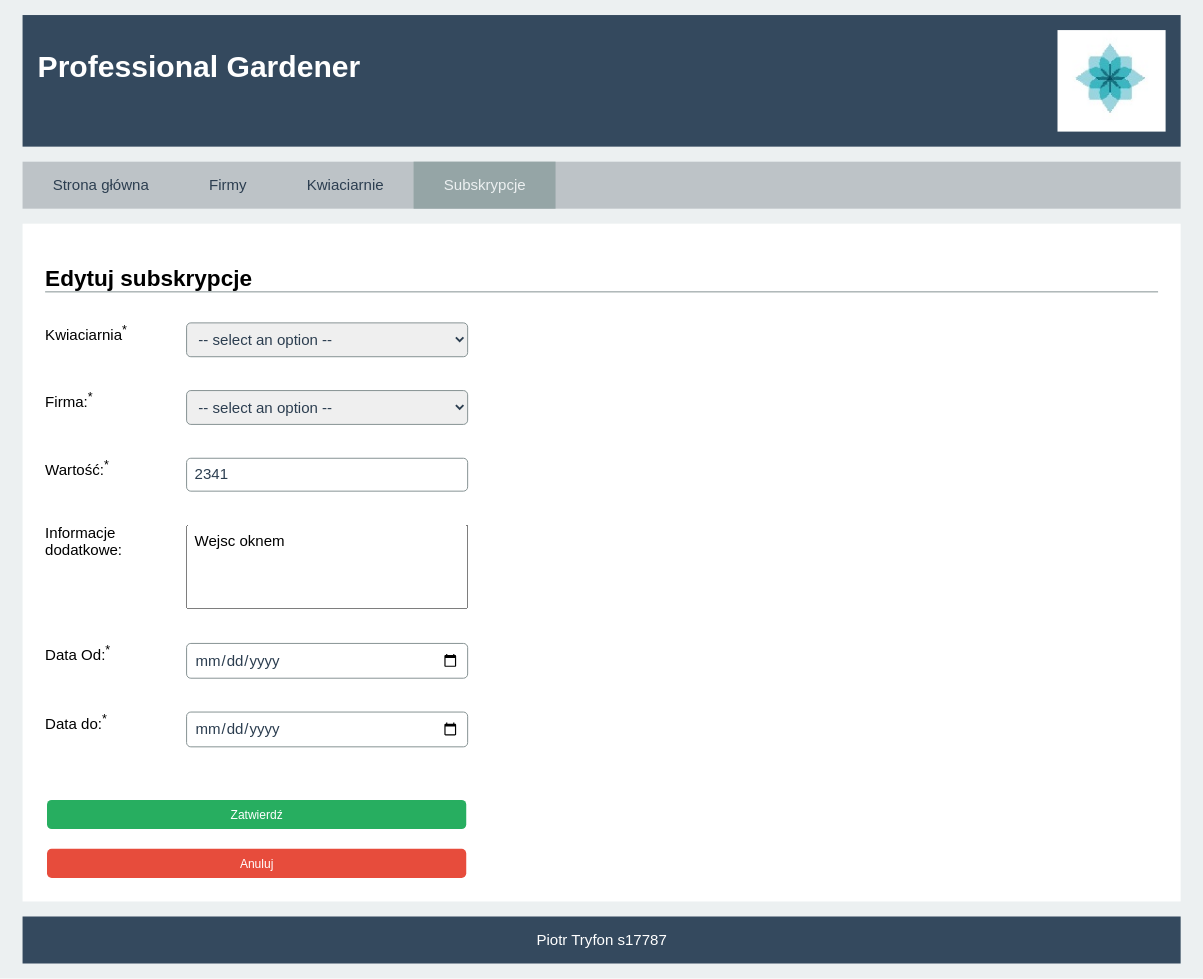
Repository: s17787/TIN
Page: tin_zaoczne_12_s17787_html-css/pages/subscription-edit.html
The author's editor kept a copy of each file at every save. The page is drawn from the files as they stood at one save, then again after the next save.
The browser window is 1280 px wide. The pictures show the whole page, at 94% of full size.

Above is the page before, as saved 2021-01-06 13:54:08.

After the next save:
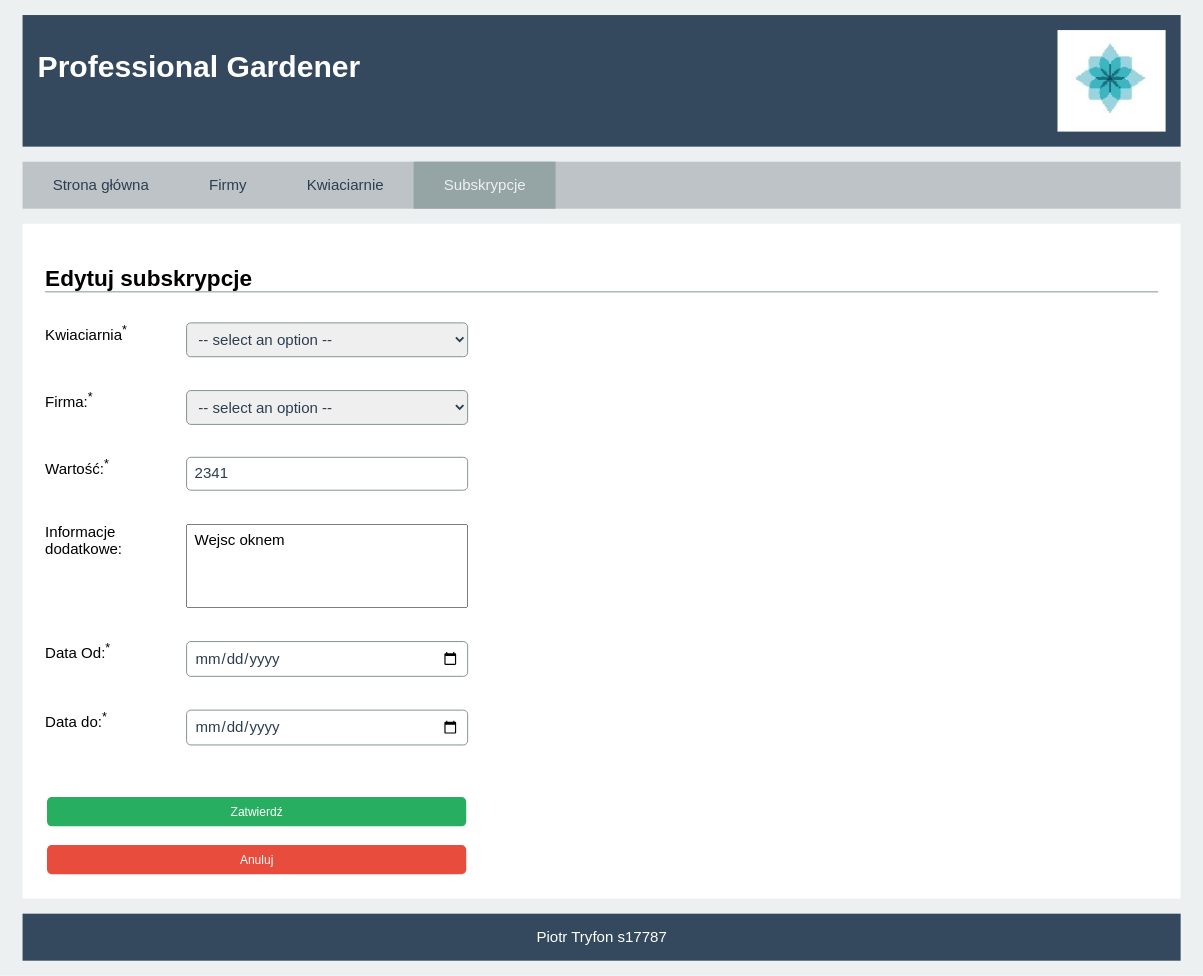
Saved 21 min 11 s later.
--- a/tin_zaoczne_12_s17787_html-css/css/style.css
+++ b/tin_zaoczne_12_s17787_html-css/css/style.css
@@ -311,3 +311,13 @@ abbr[title='required'] {
         margin-bottom: 1rem;
     }
 }
+
+.errors-text {
+    font-size: 0.85em;
+    line-height: 2.25rem;
+  }
+
+.form input.error-input,
+.form select.error-input {
+    border: 3px solid #e74c3c
+}
